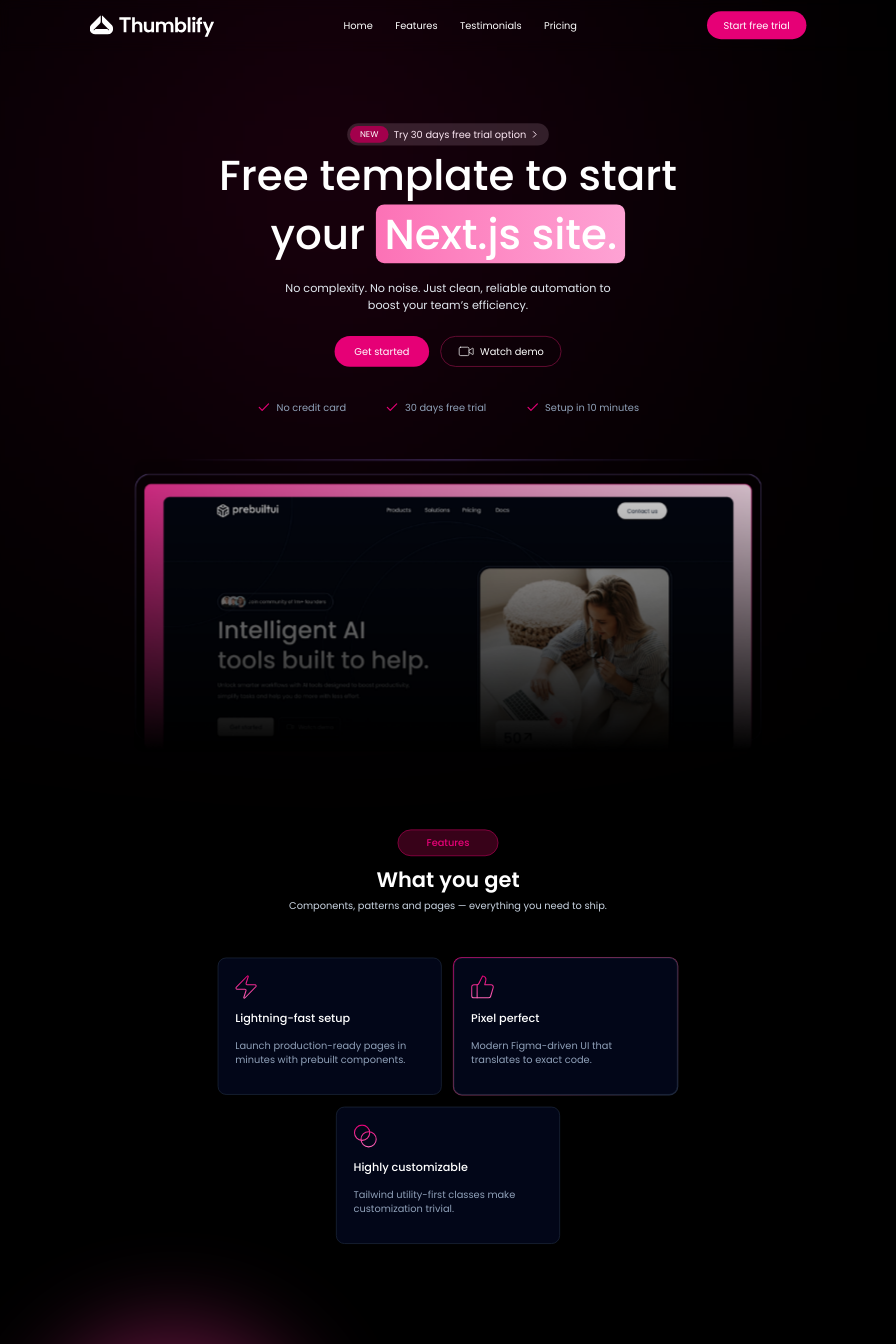
Repository: abhiraj33181/Thumblify
Page: / (app in client/)
An editor plug-in stored every save of this project. The page is shown before and after the next save, followed by the edit.
The browser window is 1280 px wide. The pictures show the part of the page from y = 0 to 1920 px (the page is 5296 px tall), at 70% of full size.
The project was rebuilt for these pictures with package versions that can differ from the ones it lists, and the page was loaded fresh each time. Also part of the build but not shown: client/vite.config.ts.

Above is the page before, as saved 2026-01-08 07:50:22.

### client/index.html
<!doctype html>
<html lang="en">

<head>
    <meta charset="UTF-8" />
    <link rel="icon" href="/favicon.svg" type="image/x-icon" />
    <meta name="viewport" content="width=device-width, initial-scale=1.0" />
    <title>Thumblify - AI Thumbnail Generator</title>
</head>

<body>
    <div id="root"></div>
    <script type="module" src="/src/main.jsx"></script>
</body>

</html>

### client/src/main.tsx
import { createRoot } from 'react-dom/client'
import App from './App.js'
import { BrowserRouter } from 'react-router-dom'

createRoot(document.getElementById('root')!).render(
    <BrowserRouter>
        <App />
    </BrowserRouter>,
)

### client/src/App.tsx
import { Route, Routes } from "react-router-dom";
import HomePage from "./pages/HomePage";
import Navbar from "./components/Navbar";
import Footer from "./components/Footer";
import "./globals.css";
import LenisScroll from "./components/LenisScroll";

export default function App() {
    return (
        <>
            <LenisScroll />
            <Navbar />
            <Routes>
                <Route path="/" element={<HomePage />} />
            </Routes>
            <Footer />
        </>
    );
}

### client/src/pages/HomePage.tsx
import HeroSection from "../sections/HeroSection";
import FeaturesSection from "../sections/FeaturesSection";
import TestimonialSection from "../sections/TestimonialSection";
import PricingSection from "../sections/PricingSection";
import ContactSection from "../sections/ContactSection";
import CTASection from "../sections/CTASection";

export default function HomePage() {
    return (
        <>
            <HeroSection />
            <FeaturesSection />
            <TestimonialSection />
            <PricingSection />
            <ContactSection />
            <CTASection />
        </>
    );
}

### client/src/components/Navbar.tsx
import { MenuIcon, XIcon } from "lucide-react";
import { useState } from "react";
import { motion } from "motion/react";
import { navlinks } from "../data/navlinks";
import type { INavLink } from "../types";
import { NavLink, Link } from "react-router-dom";

export default function Navbar() {
    const [isOpen, setIsOpen] = useState(false);

    return (
        <>
            <motion.nav className="fixed top-0 z-50 flex items-center justify-between w-full py-4 px-6 md:px-16 lg:px-24 xl:px-32 backdrop-blur"
                initial={{ y: -100, opacity: 0 }}
                animate={{ y: 0, opacity: 1 }}
                viewport={{ once: true }}
                transition={{ type: "spring", stiffness: 250, damping: 70, mass: 1 }}
            >
                <Link to='/'>
                    <img src='/logo.svg' alt="logo" className="h-8.5 w-auto" />
                </Link>

                <div className="hidden md:flex items-center gap-8 transition duration-500">
                    {navlinks.map((link: INavLink) => (
                        <NavLink key={link.name} to={link.href} className="hover:text-pink-500 transition">
                            {link.name}
                        </NavLink>
                    ))}
                </div>

                <button className="hidden md:block px-6 py-2.5 bg-pink-600 hover:bg-pink-700 active:scale-95 transition-all rounded-full">
                    Start free trial
                </button>
                <button onClick={() => setIsOpen(true)} className="md:hidden">
                    <MenuIcon size={26} className="active:scale-90 transition" />
                </button>
            </motion.nav>

            <div className={`fixed inset-0 z-100 bg-black/40 backdrop-blur flex flex-col items-center justify-center text-lg gap-8 md:hidden transition-transform duration-400 ${isOpen ? "translate-x-0" : "-translate-x-full"}`}>
                {navlinks.map((link: INavLink) => (
                    <NavLink key={link.name} to={link.href} onClick={() => setIsOpen(false)}>
                        {link.name}
                    </NavLink>
                ))}
                <button onClick={() => setIsOpen(false)} className="active:ring-3 active:ring-white aspect-square size-10 p-1 items-center justify-center bg-pink-600 hover:bg-pink-700 transition text-white rounded-md flex">
                    <XIcon />
                </button>
            </div>
        </>
    );
}

### client/src/globals.css
@import url('https://fonts.googleapis.com/css2?family=Poppins:ital,wght@0,100;0,200;0,300;0,400;0,500;0,600;0,700;0,800;0,900;1,100;1,200;1,300;1,400;1,500;1,600;1,700;1,800;1,900&display=swap');
@import "tailwindcss";

@theme {
    --font-poppins: "Poppins", sans-serif;
}

body {
    @apply bg-black text-white text-sm antialiased font-poppins;
}

body::selection {
    @apply bg-pink-600 text-white;
}

button {
    @apply cursor-pointer;
}

.move-gradient {
    background-image: linear-gradient(to right, var(--color-pink-500), var(--color-pink-300));
    background-size: 200% 100%;
    animation: movegradient 5s infinite;
}

@keyframes movegradient {
    0% {
        background-position: 0% 50%;
    }
    50% {
        background-position: 100% 50%;
    }
    100% {
        background-position: 0% 50%;
    }
}

### client/src/components/LenisScroll.tsx
import { useEffect } from "react";
import Lenis from "lenis";

export default function LenisScroll() {
    useEffect(() => {
        const lenis = new Lenis({
            duration: 1.2,
            smoothWheel: true,
            anchors: {
                offset: -100,
            },
        });

        const raf = (time: number) => {
            lenis.raf(time);
            requestAnimationFrame(raf);
        };

        requestAnimationFrame(raf);

        return () => {
            lenis.destroy();
        };
    }, []);

    return null;
}

### client/src/sections/TestimonialSection.tsx
import SectionTitle from "../components/SectionTitle";
import TestimonialCard from "../components/TestimonialCard";
import { testimonialsData } from "../data/testimonial";
import type { ITestimonial } from "../types";
import Marquee from "react-fast-marquee";

export default function TestimonialSection() {
    return (
        <div id="testimonials" className="px-4 md:px-16 lg:px-24 xl:px-32">
            <SectionTitle text1="Testimonials" text2="Don't just take our words" text3="Hear what our users say about us. We're always looking for ways to improve. If you have a positive experience with us, leave a review." />

            <Marquee className="max-w-5xl mx-auto mt-11" gradient={true} speed={25} gradientColor="#000">
                <div className="flex items-center justify-center py-5 overflow-hidden">
                    {[...testimonialsData, ...testimonialsData].map((testimonial: ITestimonial, index: number) => (
                        <TestimonialCard key={index} index={index} testimonial={testimonial} />
                    ))}
                </div>
            </Marquee>
            <Marquee className="max-w-5xl mx-auto" gradient={true} speed={25} direction="right" gradientColor="#000">
                <div className="flex items-center justify-center py-5 overflow-hidden">
                    {[...testimonialsData, ...testimonialsData].map((testimonial: ITestimonial, index: number) => (
                        <TestimonialCard key={index} index={index} testimonial={testimonial} />
                    ))}
                </div>
            </Marquee>

        </div>
    );
}

### client/src/sections/PricingSection.tsx
'use client'
import SectionTitle from "../components/SectionTitle"
import { pricingData } from "../data/pricing";
import type { IPricing } from "../types";
import { CheckIcon } from "lucide-react";
import { motion } from "motion/react";

export default function PricingSection() {
    return (
        <div id="pricing" className="px-4 md:px-16 lg:px-24 xl:px-32">
            <SectionTitle text1="Pricing" text2="Our Pricing Plans" text3="Flexible pricing options designed to meet your needs — whether you're just getting started or scaling up." />

            <div className="flex flex-wrap items-center justify-center gap-8 mt-20">
                {pricingData.map((plan: IPricing, index: number) => (
                    <motion.div key={index} className={`w-72 text-center border border-pink-950 p-6 pb-16 rounded-xl ${plan.mostPopular ? 'bg-pink-950 relative' : 'bg-pink-950/30'}`}
                        initial={{ y: 150, opacity: 0 }}
                        whileInView={{ y: 0, opacity: 1 }}
                        viewport={{ once: true }}
                        transition={{ delay: index * 0.15, type: "spring", stiffness: 320, damping: 70, mass: 1 }}
                    >
                        {plan.mostPopular && (
                            <p className="absolute px-3 text-sm -top-3.5 left-3.5 py-1 bg-pink-400 rounded-full">Most Popular</p>
                        )}
                        <p className="font-semibold">{plan.name}</p>
                        <h1 className="text-3xl font-semibold">${plan.price}<span className="text-gray-500 font-normal text-sm">/{plan.period}</span></h1>
                        <ul className="list-none text-slate-300 mt-6 space-y-2">
                            {plan.features.map((feature, index) => (
                                <li key={index} className="flex items-center gap-2">
                                    <CheckIcon className="size-4.5 text-pink-600" />
                                    <p>{feature}</p>
                                </li>
                            ))}
                        </ul>
                        <button type="button" className={`w-full py-2.5 rounded-md font-medium mt-7 transition-all ${plan.mostPopular ? 'bg-white text-pink-600 hover:bg-slate-200' : 'bg-pink-500 hover:bg-pink-600'}`}>
                            Get Started
                        </button>
                    </motion.div>
                ))}
            </div>
        </div>
    );
}

### client/src/sections/CTASection.tsx
'use client'
import { motion } from "motion/react";

export default function CTASection() {
    return (
        <motion.div className="max-w-5xl py-16 mt-40 md:pl-20 md:w-full max-md:mx-4 md:mx-auto flex flex-col md:flex-row max-md:gap-6 items-center justify-between text-left bg-linear-to-b from-pink-900 to-pink-950 rounded-2xl p-6 text-white"
            initial={{ y: 150, opacity: 0 }}
            whileInView={{ y: 0, opacity: 1 }}
            viewport={{ once: true }}
            transition={{ type: "spring", stiffness: 320, damping: 70, mass: 1 }}
        >
            <div>
                <motion.h1 className="text-4xl md:text-[46px] md:leading-15 font-semibold bg-linear-to-r from-white to-pink-400 text-transparent bg-clip-text"
                    initial={{ y: 80, opacity: 0 }}
                    whileInView={{ y: 0, opacity: 1 }}
                    viewport={{ once: true }}
                    transition={{ type: "spring", stiffness: 280, damping: 70, mass: 1 }}
                >
                    Ready to try-out this app?
                </motion.h1>
                <motion.p className="bg-linear-to-r from-white to-pink-400 text-transparent bg-clip-text text-lg"
                    initial={{ y: 80, opacity: 0 }}
                    whileInView={{ y: 0, opacity: 1 }}
                    viewport={{ once: true }}
                    transition={{ type: "spring", stiffness: 200, damping: 70, mass: 1 }}
                >
                    Your next favourite tool is just one click away.
                </motion.p>
            </div>
            <motion.button className="px-12 py-3 text-slate-800 bg-white hover:bg-slate-200 rounded-full text-sm mt-4"
                initial={{ y: 80, opacity: 0 }}
                whileInView={{ y: 0, opacity: 1 }}
                viewport={{ once: true }}
                transition={{ type: "spring", stiffness: 280, damping: 70, mass: 1 }}
            >
                Get Started
            </motion.button>
        </motion.div>
    );
}

### client/src/data/navlinks.ts
import type { INavLink } from "../types";

export const navlinks: INavLink[] = [
    { name: "Home", href: "/" },
    { name: "Features", href: "#features" },
    { name: "Testimonials", href: "#testimonials" },
    { name: "Pricing", href: "#pricing" },
];

### client/src/data/footer.ts
import type { IFooter } from "../types";

export const footerData: IFooter[] = [
    {
        title: "Product",
        links: [
            { name: "Home", href: "#" },
            { name: "Support", href: "#support" },
            { name: "Pricing", href: "#pricing" },
            { name: "Affiliate", href: "#affiliate" },
        ]
    },
    {
        title: "Resources",
        links: [
            { name: "Company", href: "#company" },
            { name: "Blogs", href: "#blogs" },
            { name: "Community", href: "#community" },
            { name: "Careers", href: "#careers" },
            { name: "About", href: "#about" },
        ]
    },
    {
        title: "Legal",
        links: [
            { name: "Privacy", href: "#privacy" },
            { name: "Terms", href: "#terms" },
        ]
    }
];

### client/src/components/TiltImage.tsx
import { useRef, useState } from 'react';
import { motion, useMotionValue, useSpring } from 'motion/react';

const springValues = {
    damping: 30,
    stiffness: 100,
    mass: 2
};

export default function TiltedImage({ rotateAmplitude = 3, }) {
    const ref = useRef<HTMLDivElement>(null);
    const x = useMotionValue(0);
    const y = useMotionValue(0);
    const rotateX = useSpring(useMotionValue(0), springValues);
    const rotateY = useSpring(useMotionValue(0), springValues);
    const rotateFigcaption = useSpring(0, { stiffness: 350, damping: 30, mass: 1 });

    const [lastY, setLastY] = useState(0);

    function handleMouse(e: any) {
        if (!ref.current) return;

        const rect = ref.current.getBoundingClientRect();
        const offsetX = e.clientX - rect.left - rect.width / 2;
        const offsetY = e.clientY - rect.top - rect.height / 2;

        const rotationX = (offsetY / (rect.height / 2)) * -rotateAmplitude;
        const rotationY = (offsetX / (rect.width / 2)) * rotateAmplitude;

        rotateX.set(rotationX);
        rotateY.set(rotationY);

        x.set(e.clientX - rect.left);
        y.set(e.clientY - rect.top);

        const velocityY = offsetY - lastY;
        rotateFigcaption.set(-velocityY * 0.6);
        setLastY(offsetY);
    }

    function handleMouseLeave() {
        rotateX.set(0);
        rotateY.set(0);
        rotateFigcaption.set(0);
    }

    return (
        <motion.figure ref={ref} className="relative w-full h-full perspective-midrange mt-16 max-w-4xl mx-auto flex flex-col items-center justify-center" onMouseMove={handleMouse} onMouseLeave={handleMouseLeave}
            initial={{ y: 150, opacity: 0 }}
            whileInView={{ y: 0, opacity: 1 }}
            viewport={{ once: true }}
            transition={{ type: "spring", stiffness: 320, damping: 70, mass: 1 }}
        >
            <motion.div className="relative transform-3d w-full max-w-4xl" style={{ rotateX, rotateY }} >
                <motion.img src="/assets/hero-section-showcase.png"
                    className="w-full rounded-[15px] will-change-transform transform-[translateZ(0)]"
                    alt="hero section showcase"
                />
            </motion.div>
        </motion.figure>
    );
}

### client/src/components/SectionTitle.tsx
import type { SectionTitleProps } from "../types";
import { motion } from "motion/react";

export default function SectionTitle({ text1, text2, text3 }: SectionTitleProps) {
    return (
        <>
            <motion.p className="text-center font-medium text-pink-600 mt-28 px-10 py-2 rounded-full bg-pink-950/70 border border-pink-800 w-max mx-auto"
                initial={{ y: 120, opacity: 0 }}
                whileInView={{ y: 0, opacity: 1 }}
                viewport={{ once: true }}
                transition={{ type: "spring", stiffness: 320, damping: 70, mass: 1 }}
            >
                {text1}
            </motion.p>
            <motion.h3 className="text-3xl font-semibold text-center mx-auto mt-4"
                initial={{ y: 120, opacity: 0 }}
                whileInView={{ y: 0, opacity: 1 }}
                viewport={{ once: true }}
                transition={{ type: "spring", stiffness: 280, damping: 70, mass: 1 }}
            >
                {text2}
            </motion.h3>
            <motion.p className="text-slate-300 text-center mt-2 max-w-xl mx-auto"
                initial={{ y: 120, opacity: 0 }}
                whileInView={{ y: 0, opacity: 1 }}
                viewport={{ once: true }}
                transition={{ type: "spring", stiffness: 240, damping: 70, mass: 1 }}
            >
                {text3}
            </motion.p>
        </>
    );
}

### client/src/components/TestimonialCard.tsx
import { motion } from "motion/react";
import type { TestimonialCardProps } from "../types";

export default function TestimonialCard({ testimonial, index }: TestimonialCardProps) {
    return (
        <motion.div className="p-4 rounded-lg mx-4 w-72 shrink-0 bg-pink-950/30 border border-pink-950"
            initial={{ y: 150, opacity: 0 }}
            whileInView={{ y: 0, opacity: 1 }}
            viewport={{ once: true }}
            transition={{ delay: index * 0.15, type: "spring", stiffness: 320, damping: 70, mass: 1 }}
        >
            <div className="flex gap-2">
                <img className="size-11 rounded-full" src={testimonial.image} alt={testimonial.name} height={50} width={50} />
                <div className="flex flex-col">
                    <div className="flex items-center gap-1">
                        <p>{testimonial.name}</p>
                        <svg className="mt-0.5" width="12" height="12" viewBox="0 0 12 12" fill="none" xmlns="http://www.w3.org/2000/svg">
                            <path fillRule="evenodd" clipRule="evenodd" d="M4.555.72a4 4 0 0 1-.297.24c-.179.12-.38.202-.59.244a4 4 0 0 1-.38.041c-.48.039-.721.058-.922.129a1.63 1.63 0 0 0-.992.992c-.071.2-.09.441-.129.922a4 4 0 0 1-.041.38 1.6 1.6 0 0 1-.245.59 3 3 0 0 1-.239.297c-.313.368-.47.551-.56.743-.213.444-.213.96 0 1.404.09.192.247.375.56.743.125.146.187.219.24.297.12.179.202.38.244.59.018.093.026.189.041.38.039.48.058.721.129.922.163.464.528.829.992.992.2.071.441.09.922.129.191.015.287.023.38.041.21.042.411.125.59.245.078.052.151.114.297.239.368.313.551.47.743.56.444.213.96.213 1.404 0 .192-.09.375-.247.743-.56.146-.125.219-.187.297-.24.179-.12.38-.202.59-.244a4 4 0 0 1 .38-.041c.48-.039.721-.058.922-.129.464-.163.829-.528.992-.992.071-.2.09-.441.129-.922a4 4 0 0 1 .041-.38c.042-.21.125-.411.245-.59.052-.078.114-.151.239-.297.313-.368.47-.551.56-.743.213-.444.213-.96 0-1.404-.09-.192-.247-.375-.56-.743a4 4 0 0 1-.24-.297 1.6 1.6 0 0 1-.244-.59 3 3 0 0 1-.041-.38c-.039-.48-.058-.721-.129-.922a1.63 1.63 0 0 0-.992-.992c-.2-.071-.441-.09-.922-.129a4 4 0 0 1-.38-.041 1.6 1.6 0 0 1-.59-.245A3 3 0 0 1 7.445.72C7.077.407 6.894.25 6.702.16a1.63 1.63 0 0 0-1.404 0c-.192.09-.375.247-.743.56m4.07 3.998a.488.488 0 0 0-.691-.69l-2.91 2.91-.958-.957a.488.488 0 0 0-.69.69l1.302 1.302c.19.191.5.191.69 0z" fill="#2196F3" />
                        </svg>
                    </div>
                    <span className="text-xs text-slate-500">{testimonial.handle}</span>
                </div>
            </div>
            <p className="text-sm pt-4 text-slate-500 line-clamp-2">
                {testimonial.quote}
            </p>
        </motion.div>
    );
}

### client/src/data/testimonial.ts
import type { ITestimonial } from "../types";

export const testimonialsData: ITestimonial[] = [
    {
        image: 'https://images.unsplash.com/photo-1633332755192-727a05c4013d?q=80&w=200',
        name: 'Sophia Carter',
        handle: '@sophiacodes',
        date: 'February 14, 2025',
        quote: 'This SaaS app has completely streamlined our onboarding process. What used to take hours now takes minutes!',
    },
    {
        image: 'https://images.unsplash.com/photo-1535713875002-d1d0cf377fde?q=80&w=200',
        name: 'Ethan Walker',
        handle: '@ethanwrites',
        date: 'March 3, 2025',
        quote: 'We’ve tried several tools, but nothing comes close in terms of speed and simplicity. Absolute game-changer.',
    },
    {
        image: 'https://images.unsplash.com/photo-1527980965255-d3b416303d12?w=200&auto=format&fit=crop&q=60',
        name: 'Maya Patel',
        handle: '@mayapatel',
        date: 'April 22, 2025',
        quote: 'The automation features alone have saved our team countless hours every week. Worth every penny.',
    },
    {
        image: 'https://images.unsplash.com/photo-1522075469751-3a6694fb2f61?w=200&auto=format&fit=crop&q=60',
        name: 'Liam Brooks',
        handle: '@liambrooks',
        date: 'May 18, 2025',
        quote: 'Setup was ridiculously easy. Within 10 minutes, we were running live and onboarding our first customers.',
    },
];

### client/src/data/pricing.ts
import type { IPricing } from "../types";

export const pricingData: IPricing[] = [
    {
        name: "Basic",
        price: 29,
        period: "month",
        features: [
            "Access to all basic courses",
            "Community support",
            "10 practice projects",
            "Course completion certificate",
            "Basic code review"
        ],
        mostPopular: false
    },
    {
        name: "Pro",
        price: 79,
        period: "month",
        features: [
            "Access to all Pro courses",
            "Priority community support",
            "30 practice projects",
            "Course completion certificate",
            "Advance code review",
            "1-on-1 mentoring sessions",
            "Job assistance"
        ],
        mostPopular: true
    },
    {
        name: "Enterprise",
        price: 199,
        period: "month",
        features: [
            "Access to all courses",
            "Dedicated support",
            "Unlimited projects",
            "Course completion certificate",
            "Premium code review"
        ],
        mostPopular: false
    }
];

Loaded but not shown: client/src/sections/FeaturesSection.tsx (69 lines, source omitted); client/src/sections/HeroSection.tsx (77 lines, source omitted); client/src/components/Footer.tsx (59 lines, source omitted); client/src/sections/ContactSection.tsx (59 lines, source omitted); client/src/data/features.tsx (19 lines, source omitted)

After the next save:
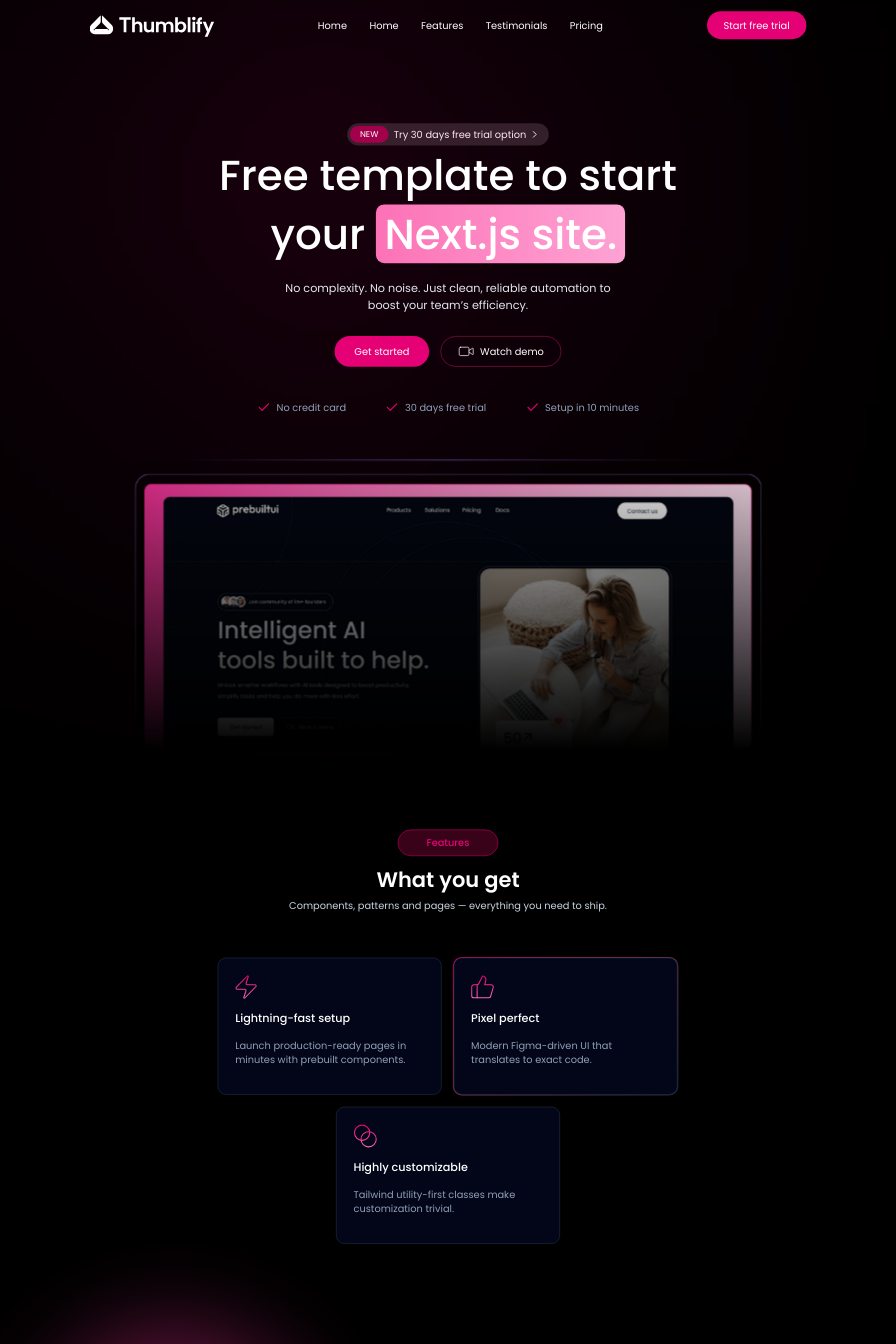
Saved 83 s later.
--- a/client/src/components/Navbar.tsx
+++ b/client/src/components/Navbar.tsx
@@ -21,6 +21,7 @@ export default function Navbar() {
                 </Link>
 
                 <div className="hidden md:flex items-center gap-8 transition duration-500">
+                    <Link to='/' className="hover:text-pink-300 transition">Home</Link>
                     {navlinks.map((link: INavLink) => (
                         <NavLink key={link.name} to={link.href} className="hover:text-pink-500 transition">
                             {link.name}
